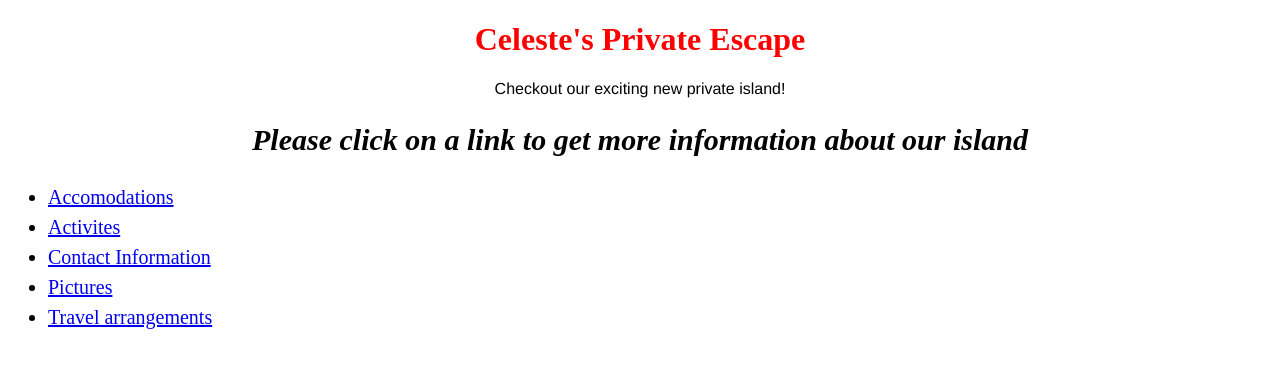
Repository: fieldceleste/island-resort
Page: island-resort .html
These files come from the project's save history. The page is drawn as it stood at one moment and after the next save; the edit follows.
The browser window is 1280 px wide. The pictures show the whole page.

Above is the page before, as saved 2019-10-27 18:41:38.

After the next save:
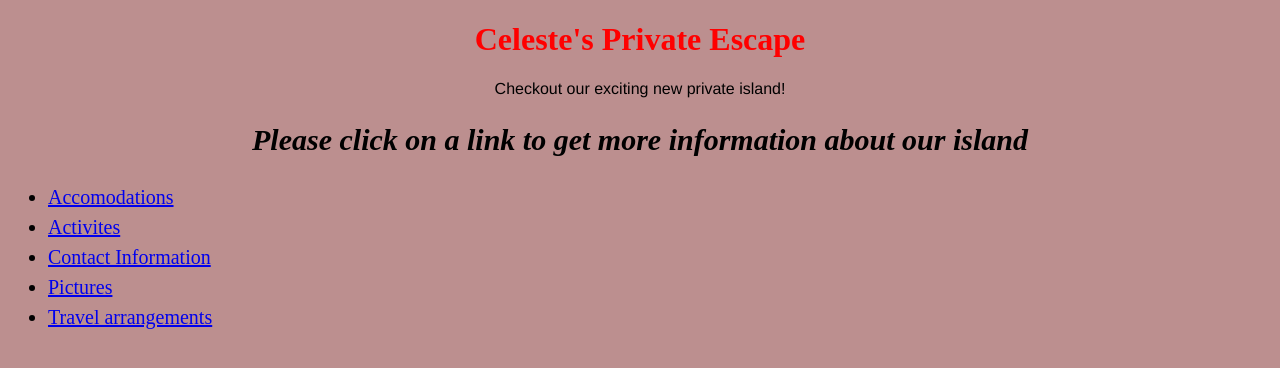
Saved 33 s later.
--- a/css/styles.css
+++ b/css/styles.css
@@ -21,5 +21,6 @@ h1 {
  body {
 
     text-align: center;
+    background-color: rosybrown;
 
  }
